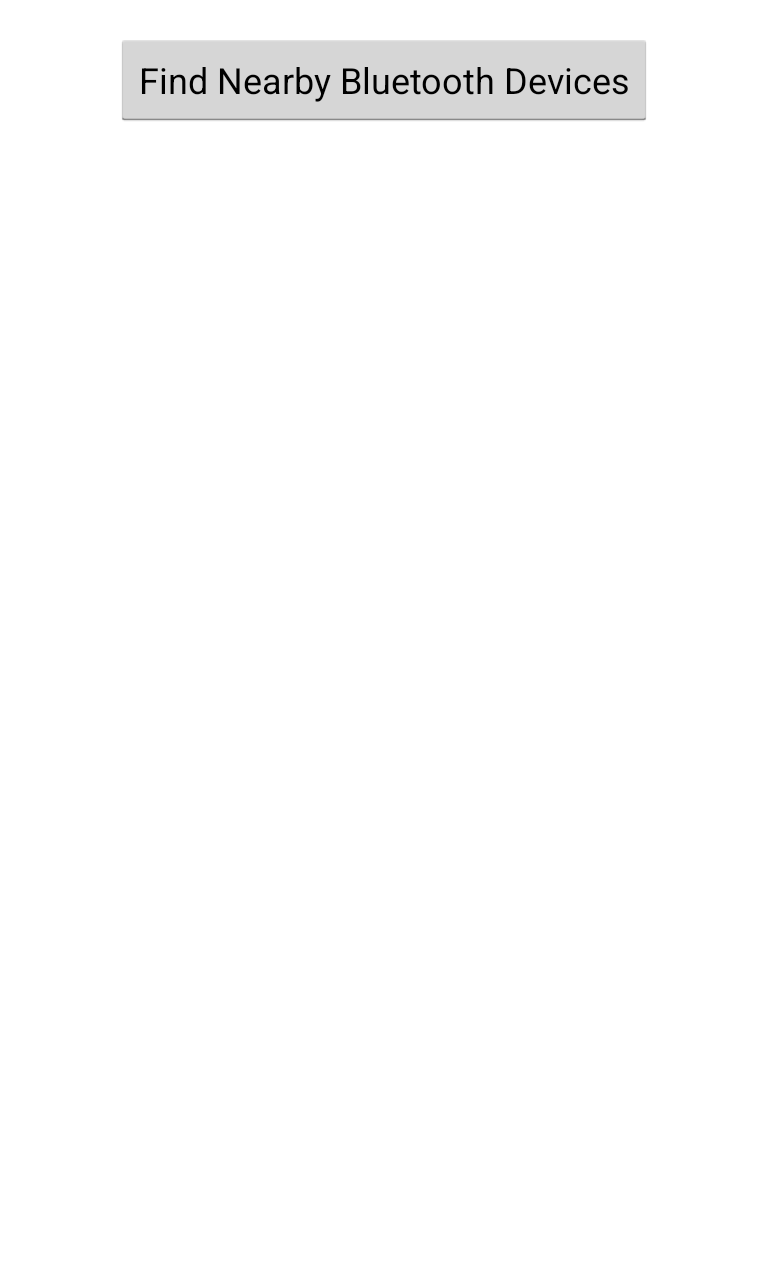
Repository: crodenkirch19/CS407
Layout: android/BluetoothFinder/res/layout/activity_main.xml
An editor plug-in stored every save of this project. The layout is shown before and after the next save, followed by the edit.
It is drawn on a 768 x 1280 px phone screen (xhdpi) without system bars, with theme AppTheme; the app's code is not run.

Above is the layout before, as saved 2014-02-15 19:49:26.

After the next save:
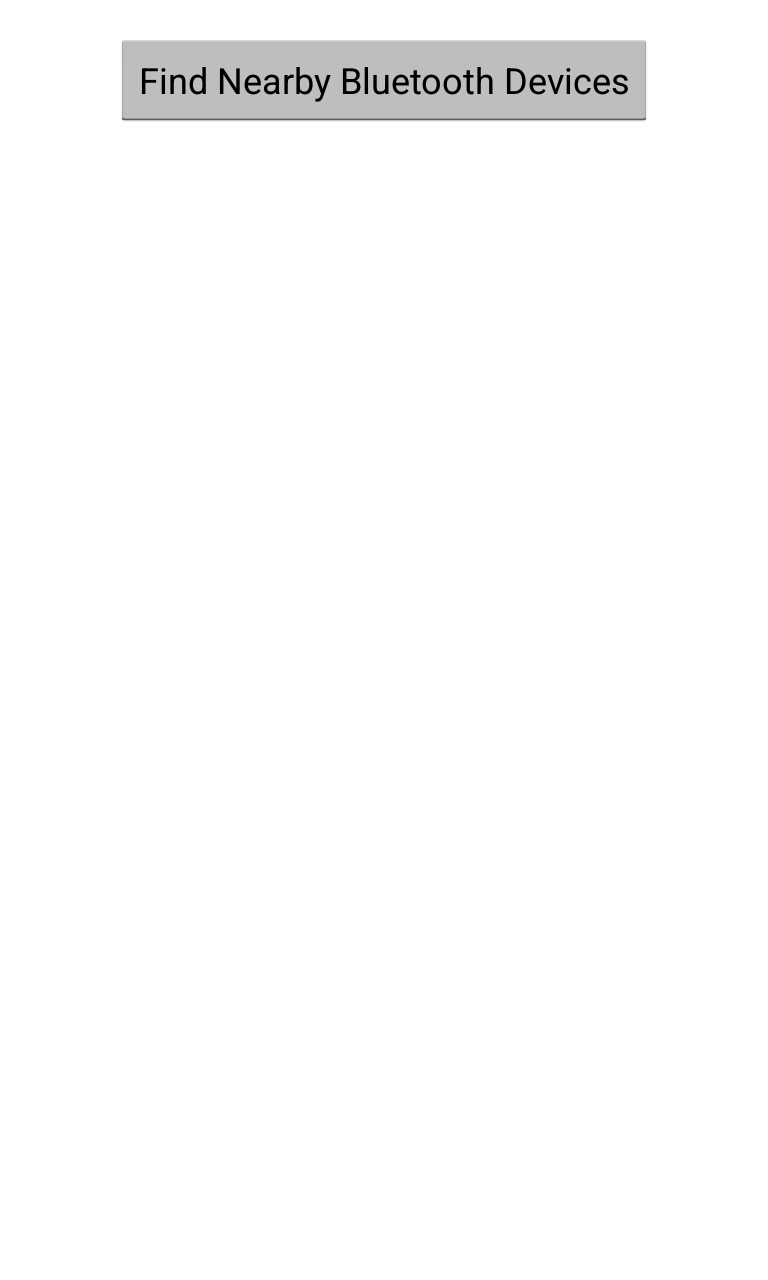
Saved 29 s later.
--- a/android/BluetoothFinder/res/layout/activity_main.xml
+++ b/android/BluetoothFinder/res/layout/activity_main.xml
@@ -9,11 +9,18 @@
     tools:context=".MainActivity" >
 
     <Button
+        android:id="@+id/button_search"
+        android:layout_width="wrap_content"
+        android:layout_height="wrap_content"
+        android:layout_centerHorizontal="true"
+        android:onClick="onButtonClick"
+        android:text="@string/start_search" />
+
+    <Button
         android:id="@+id/start_search"
         android:layout_width="wrap_content"
         android:layout_height="wrap_content"
         android:layout_centerHorizontal="true"
         android:onClick="onButtonClick"
         android:text="@string/start_search" />
-
 </RelativeLayout>
